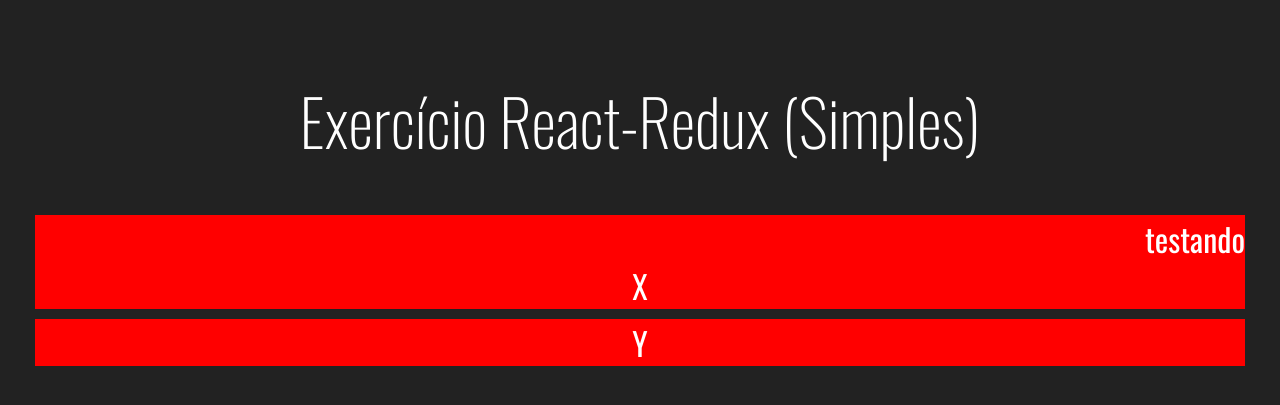
Repository: WellysonP/testando-react-redux
Page: /
An editor plug-in stored every save of this project. The page is shown before and after the next save, followed by the edit.
The browser window is 1280 px wide. The pictures show the whole page.
The project was rebuilt for these pictures with package versions that can differ from the ones it lists, and the page was loaded fresh each time.

Above is the page before, as saved 2023-01-12 16:34:58.

After the next save:
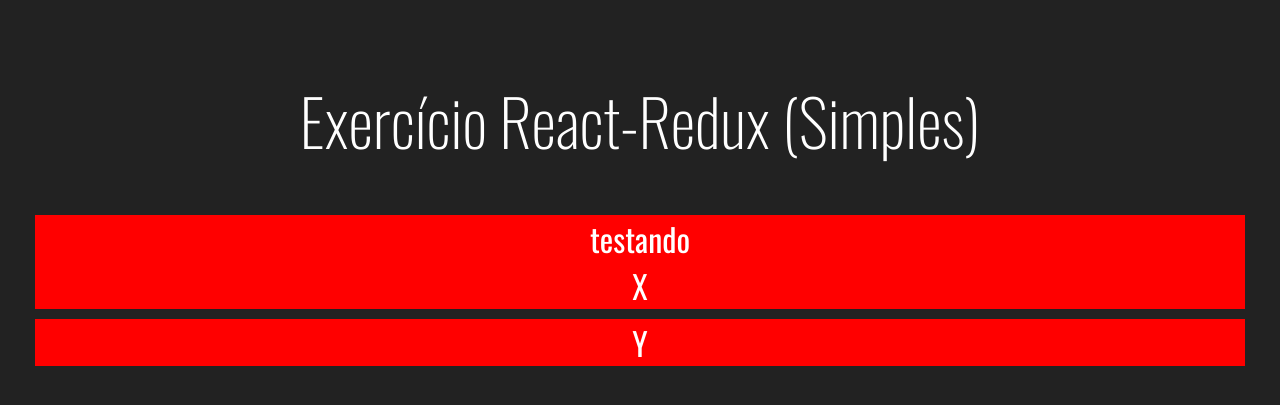
Saved 15 s later.
--- a/src/components/Card.css
+++ b/src/components/Card.css
@@ -9,5 +9,5 @@
 .Card .Header{
     display: flex;
     flex-direction: row;
-    justify-content: end;
+    justify-content: center;
 }
